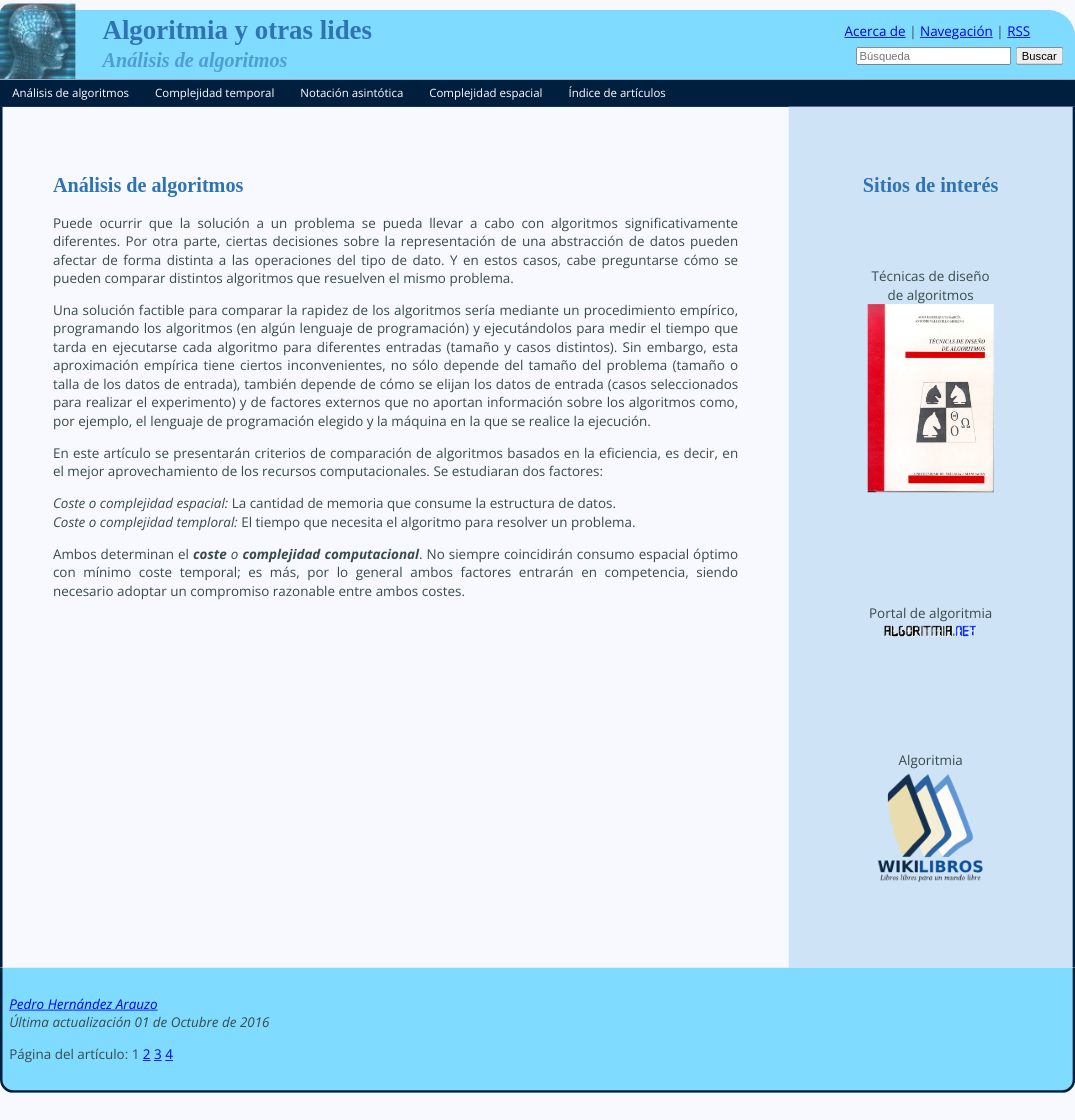
Repository: dgsama/Curso17
Page: SEW/WorkSpace/Practica04/index.html
An editor plug-in stored every save of this project. The page is shown before and after the next save, followed by the edit.
The browser window is 1280 px wide. The pictures show the whole page, at 84% of full size.
Some web fonts or font styles are not loaded; a fallback is used.

Above is the page before, as saved 2016-10-26 09:56:17.

### SEW/WorkSpace/Practica04/index.html
<!DOCTYPE html>
<html xmlns="http://www.w3.org/1999/xhtml" lang="es" xml:lang="es">
<head>
<meta charset="UTF-8" />
<title>Análisis de algoritmos</title>
<link rel="stylesheet" type="text/css"
href="estilo.css" media="screen"/>
<style type="text/css">
/*<![CDATA[
body {
    counter-reset: c1;
}

section h2:before {
    counter-increment: c1;
    content: counter(c1) ". ";
}
]]>*/
</style>
</head>
<body>
  <header>
    <h1>
      <a href="#" title="Página inicial del blog" tabindex="1"><img
      src="algoritmia.jpg" alt="logo"/>Algoritmia y otras lides</a>
    </h1>
    <h2>Análisis de algoritmos</h2>
    <ul id="ayuda">
      <li><a href="#">Acerca de</a></li>
      <li><a href="#">Navegación</a></li>
      <li><a href="#">RSS</a></li>
      <li>
        <form method="post" action="#">
		  <fieldset>
			<input type="search" size="20" placeholder="Búsqueda"/>
			<input type="submit" value="Buscar"/>
		  </fieldset>
        </form>
      </li>
    </ul>
  </header>
  <nav>
    <ul>
      <li><a href="#" accesskey="1">Análisis de algoritmos</a></li>
      <li><a href="temporal.html" accesskey="2">Complejidad
      temporal</a></li>
      <li><a href="notacion.html" accesskey="3">Notación
      asintótica</a></li>
      <li><a href="espacial.html" accesskey="4">Complejidad
      espacial</a></li>
      <li><a href="#" accesskey="5">Índice de artículos</a></li>
    </ul>
  </nav>
  <section id="main">
    <h2>Análisis de algoritmos</h2>
    <p>Puede ocurrir que la solución a un problema se pueda llevar a
      cabo con algoritmos significativamente diferentes. Por otra parte,
      ciertas decisiones sobre la representación de una abstracción de
      datos pueden afectar de forma distinta a las operaciones del tipo
      de dato. Y en estos casos, cabe preguntarse cómo se pueden
      comparar distintos algoritmos que resuelven el mismo problema.</p>
    <p>Una solución factible para comparar la rapidez de los
      algoritmos sería mediante un procedimiento empírico, programando
      los algoritmos (en algún lenguaje de programación) y ejecutándolos
      para medir el tiempo que tarda en ejecutarse cada algoritmo para
      diferentes entradas (tamaño y casos distintos). Sin embargo, esta
      aproximación empírica tiene ciertos inconvenientes, no sólo
      depende del tamaño del problema (tamaño o talla de los datos de
      entrada), también depende de cómo se elijan los datos de entrada
      (casos seleccionados para realizar el experimento) y de factores
      externos que no aportan información sobre los algoritmos como, por
      ejemplo, el lenguaje de programación elegido y la máquina en la
      que se realice la ejecución.</p>
    <p>En este artículo se presentarán criterios de comparación de
      algoritmos basados en la eficiencia, es decir, en el mejor
      aprovechamiento de los recursos computacionales. Se estudiaran dos
      factores:</p>
    <dl>
      <dt>Coste o complejidad espacial</dt>
      <dd>La cantidad de memoria que consume la estructura de
        datos.</dd>
      <dt>Coste o complejidad temploral</dt>
      <dd>El tiempo que necesita el algoritmo para resolver un
        problema.</dd>
    </dl>
    <p>Ambos determinan el <dfn><strong>coste</strong> o
      <strong>complejidad computacional</strong></dfn>. No siempre
      coincidirán consumo espacial óptimo con mínimo coste temporal; es
      más, por lo general ambos factores entrarán en competencia, siendo
      necesario adoptar un compromiso razonable entre ambos costes.</p>
  </section>
  <aside>
    <h2>Sitios de interés</h2>
    <div>
      <figure>
        <figcaption>Técnicas de diseño de algoritmos</figcaption>
        <p><a href="http://www.lcc.uma.es/~av/Libro/"><img src="tda.jpg"
        alt="Libro de algoritmia"/></a></p>
      </figure>
      <figure>
        <figcaption>Portal de algoritmia</figcaption>
        <p><a href="http://www.algoritmia.net/"><img src="anet.gif"
		alt="Portal de algoritmia"/></a></p>
      </figure>
      <figure>
        <figcaption>Algoritmia</figcaption>
        <p><a href="http://es.wikibooks.org/wiki/Algoritmia"><img
        src="Wbooks.png" alt="Libro de algoritmia"/></a></p>
      </figure>
    </div>
  </aside>
  <footer>
    <address>
      <p>
        <a href="mailto:phernandez@uniovi.es"
         title="Escrito por Pedro Hernández">Pedro Hernández Arauzo</a>
         <br/>Última actualización
         <time datetime="2016-10-01">01 de Octubre de 2016</time>
      </p>
    </address>
    <p>
        Página del artículo: 1 <a href="temporal.html">2</a>
        <a href="notacion.html">3</a> <a href="espacial.html">4</a>
    </p>
  </footer>
</body>
</html>

### SEW/WorkSpace/Practica04/estilo.css
@charset "UTF-8";

@import
    url("http://fonts.googleapis.com/css?family=Source+Code+Pro:300,400,700|Droid+Serif:700|Open+Sans:400italic,700italic,400,700")
    ;

body {
    font-family: 'Open Sans', sans-serif;
    color: #394b4b;
    background-color: #f8f8ff;
    text-align: justify;
    margin: 0.75em 0;
    padding: 0;
}

section, aside {
    margin: 0;
    border-left: 3px solid #001f3f;
    border-right: 3px solid #001f3f;
}

aside {
    padding: 0 4em 1.5em 4em;
}

h1, h2, h3, h4, h5, h6 {
    font-family: 'Droid Serif', serif;
    color: rgb(46, 116, 181);
}

h1 a, h1 a:link, h1 a:visited {
    color: inherit;
    text-decoration: none;
}

header {
    background-color: #7fdbff;
    min-height: 82px;
    border-top-right-radius: 2em;
}

header img {
    float: left;
    opacity: 0.7;
    width: 90px;
    height: 90px;
    margin-top: -13px;
    margin-right: 1em;
    border-top-left-radius: 0.4em;
}

header h1, header h2 {
    margin: 0;
    padding: 5px 0 0 0;
}

header h2 {
    font-style: italic;
    opacity: 0.6;
}

nav {
    font-size: 90%;
}

nav>ul {
    list-style: none;
    margin: 1px 0 0 0;
    padding: 0;
    background-color: #001f3f;
    border: 1px solid #001f3f;
    font-size: 95%;
}

nav li {
    color: rgb(100%, 100%, 100%);
    margin: 0;
    padding: 0;
    display: inline-block;
    padding: 0;
}

nav a {
    display: block; /* para que el hiperv�nculo se active desde
						cualquier parte de la caja que se genera */
    padding: 0.4em 1em;
}

nav a:hover {
    background-color: #0074d9;
}

nav a:link, nav a:visited {
    color: rgb(100%, 100%, 100%);
    text-decoration: none;
}

.ecuacion, code, #Tabla3 thead th:nth-child(n+2) {
    font-family: 'Source Code Pro', monospace;
}

.ecuacion, #Tabla3 thead th:nth-child(n+2) {
    font-style: oblique;
}

pre>code {
    font-size: 16px;
}

figure, figure>p {
    margin: 0;
    padding: 0;
}

figure>pre, figure>table {
    margin-bottom: 0.15em;
}

figure>pre {
    font-size: 1em;
}

section figcaption::before {
    content: attr(title) ". ";
    font-weight: 700;
}

section figcaption {
    font-size: 85%;
    font-style: italic;
}

#Figura3 img {
    width: 578px;
    height: 268px;
}

table {
    border-collapse: collapse;
}

th, td {
    border: 1px solid rgb(40%, 40%, 40%);
    padding: 2px 0.5em;
}

#Tabla3 caption {
    color: rgb(46, 116, 181);
    font-style: italic;
    font-weight: bold;
    margin-bottom: 0.2em;
}

footer {
    clear: both;
    min-height: 50px;
    background-color: #7fdbff;
    margin-bottom: 2em;
    padding: 1em 0.5em;
    border-left: 3px solid #001f3f;
    border-right: 3px solid #001f3f;
    border-bottom: 3px solid #001f3f;
    border-bottom-left-radius: 1em;
    border-bottom-right-radius: 1em;
}

#ayuda {
    list-style-type: none;
    float: right;
    margin-top: -60px;
}

#ayuda fieldset {
    border: none;
}

#ayuda li {
    display: inline;
}

#ayuda li:nth-last-child(n+3)::after {
    content: " |";
}

dt, dd {
    display: inline;
}

dt::after {
    content: ": ";
}

dt {
    font-style: italic;
}

dd {
    margin-left: 0;
}

dd:after {
    display: block;
    content: " ";
}

#main {
    padding: 60px;
}

pre {
    margin-left: 3cm;
}

pre+figcaption {
    margin-left: 3cm;
}

table {
    margin: auto;
}

.center {
    text-align: center;
}

#Figura4 {
    float: left;
    width: 39%;
    text-align: center;
    margin-left: 10%;
}

#Figura5 {
    float: right;
    width: 39%;
    text-align: center;
    margin-right: 10%;
}

h4 {
    clear: both;
}

#Tabla3 th {
    background-color: #00BFFF;
    color: #0404B4;
    font-size: 20px;
}

#Tabla3 tbody {
    background: white;
}

#Tabla3 tbody>tr:nth-child(2n) {
    background: #A9F5F2;
}

aside {
    text-align: center;
}

aside div {
    display: flex;
    flex: auto;
    justify-content: center;
}

aside figure {
    padding: 4em;
    text-align: center;
}

aside img {
    max-width: 150px;
}

@media screen and (min-width:900px) {
    aside div {
        flex-direction: column;
        min-height: 600px;
    }
    aside {
        border-left: 0;
        padding: 2em 1.5em;
        display: table-cell;
        background-color: #CEE3F6;
    }
    #main {
        border-right: 0;
        display: table-cell;
    }
}

footer{
    display: block;
}

After the next save:
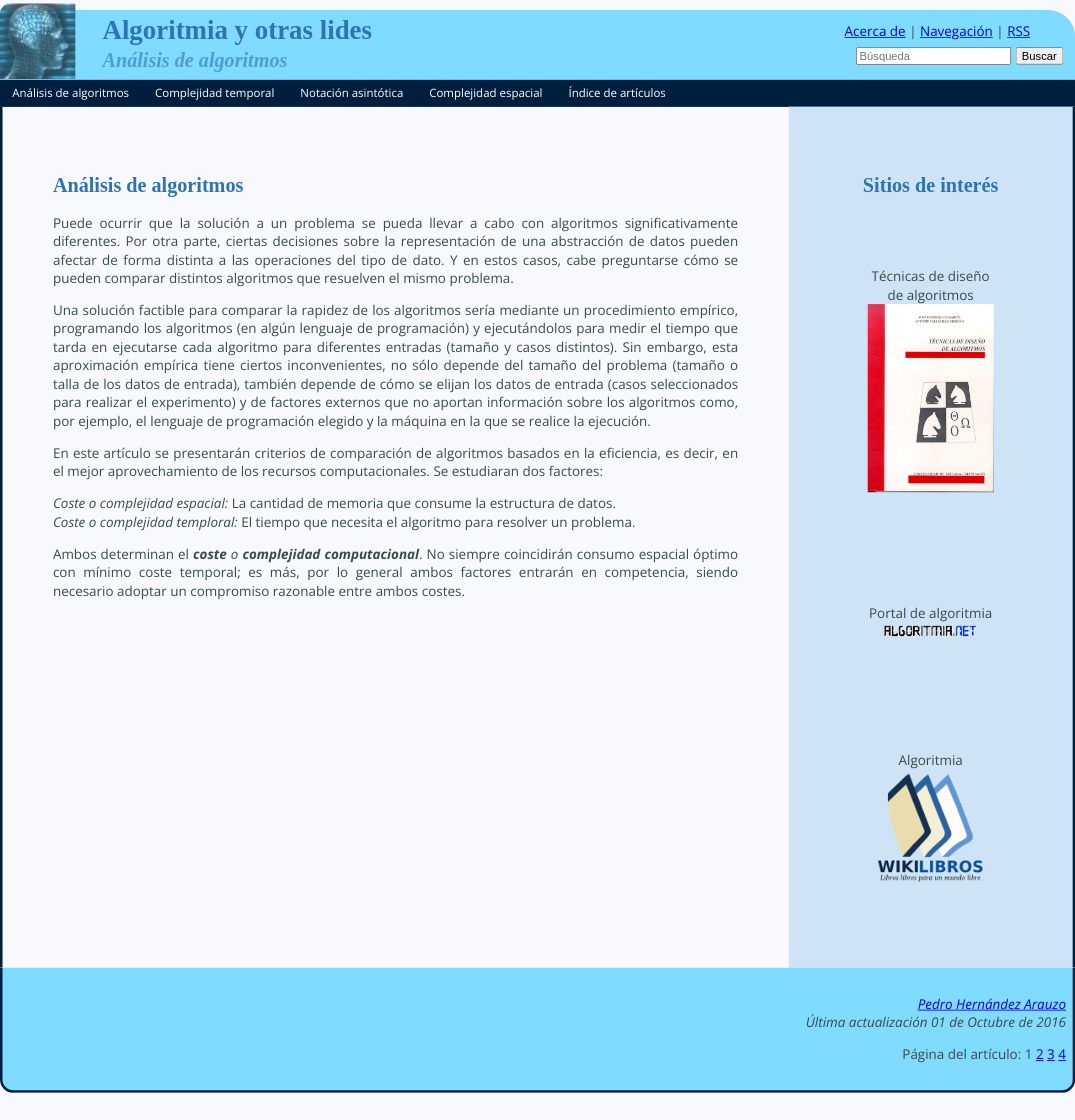
Saved 29 s later.
--- a/SEW/WorkSpace/Practica04/estilo.css
+++ b/SEW/WorkSpace/Practica04/estilo.css
@@ -293,4 +293,5 @@
 
 footer{
     display: block;
-}
+    text-align: right;
+}

After the 2 saves that followed:
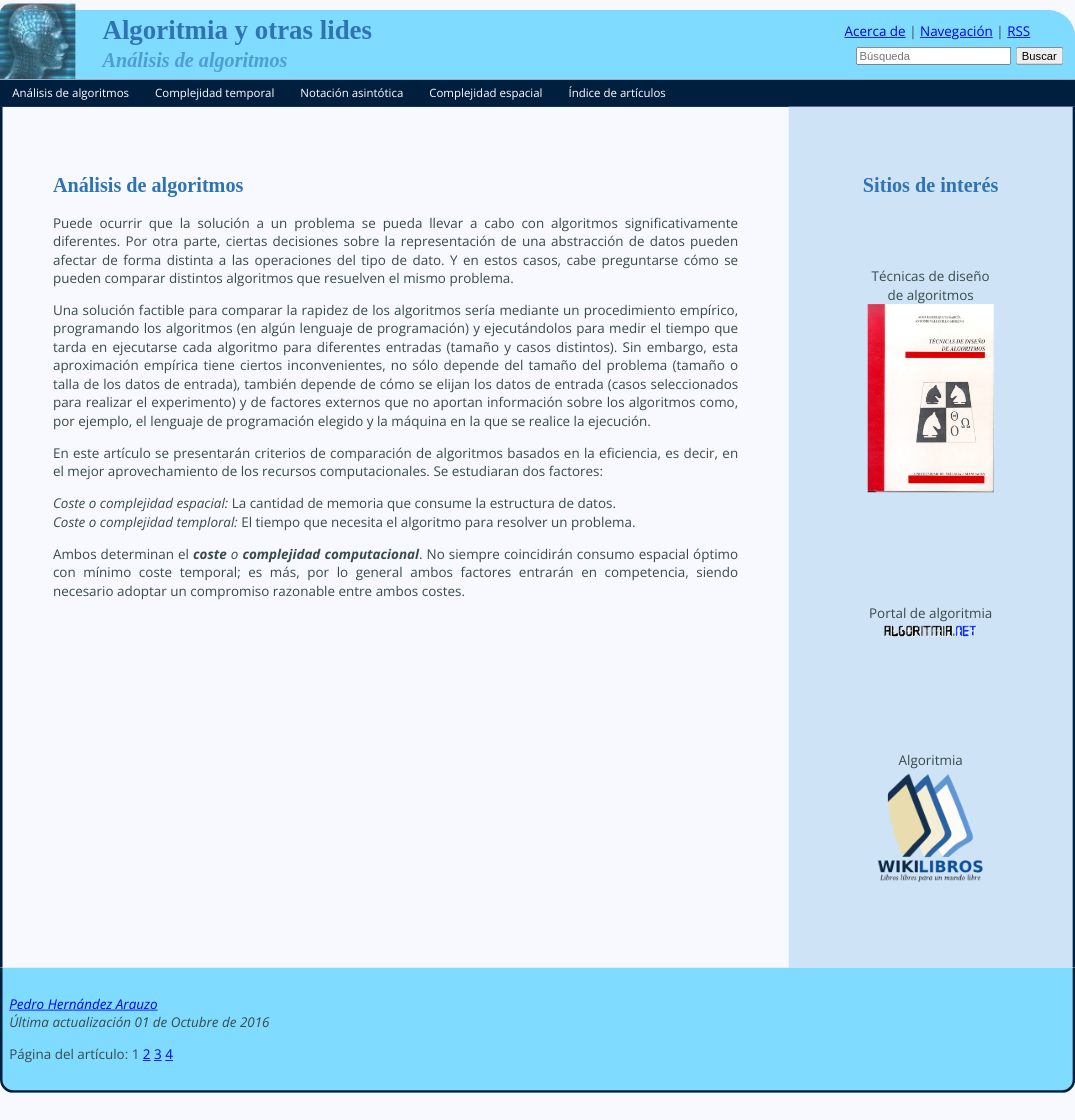
The 2 saves are shown as one change because they came seconds apart.
The last was saved 21 s later.
--- a/SEW/WorkSpace/Practica04/estilo.css
+++ b/SEW/WorkSpace/Practica04/estilo.css
@@ -291,7 +291,6 @@
     }
 }
 
-footer{
+footer p{
     display: block;
-    text-align: right;
-}
+}
